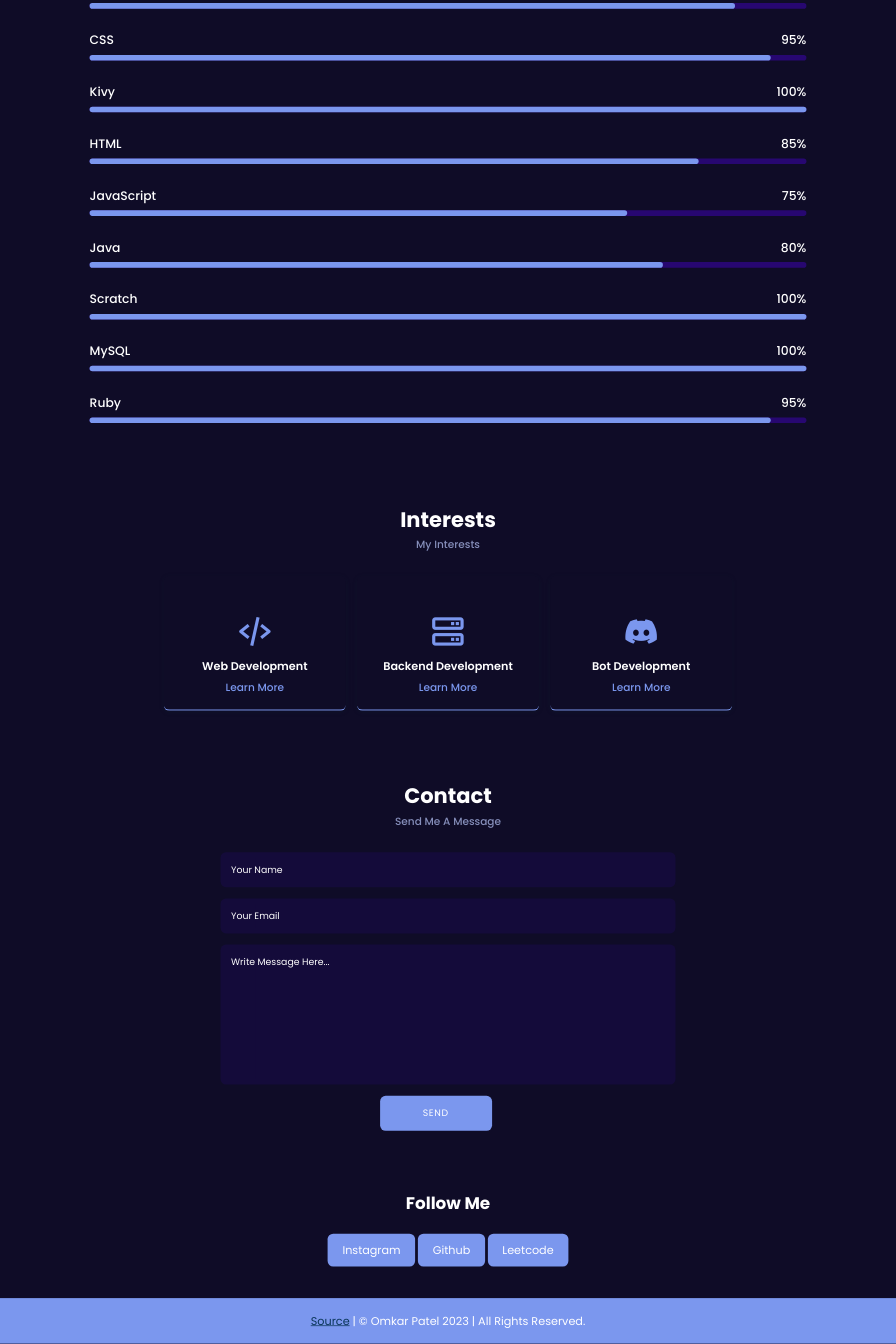
Repository: omkarxpatel/Omkar-Portfolio
Page: src/index.html
The author's editor kept a copy of each file at every save. The page is drawn from the files as they stood at one save, then again after the next save.
The browser window is 1280 px wide. The pictures show the part of the page from y = 1498 to 3418 px (the page is 3418 px tall before and 3344 px after), at 70% of full size.
A picture or video elsewhere on the page could not be fetched, so the positions and the page height are approximate.

Above is the page before, as saved 2023-03-25 16:37:19.

After the next save:
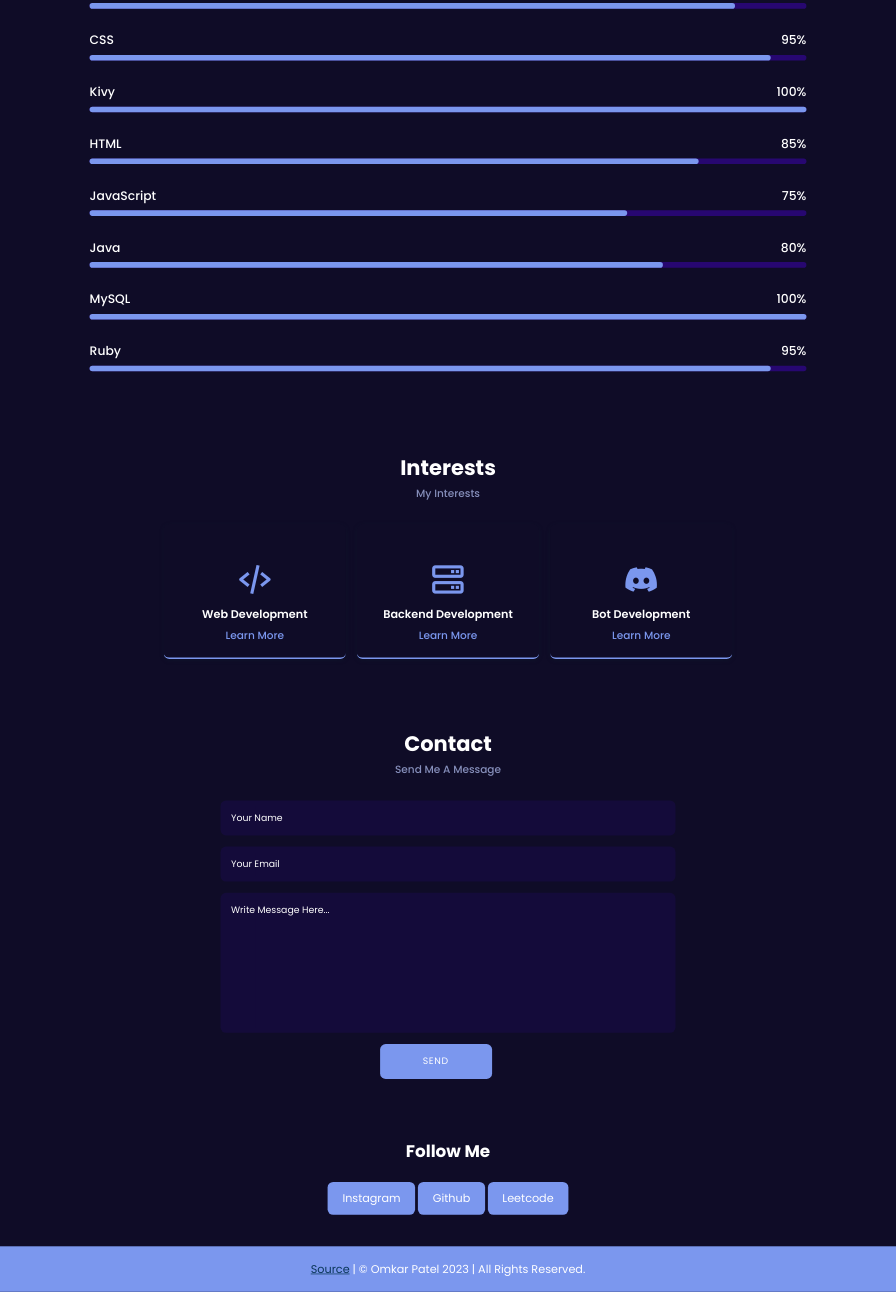
Saved 14 s later.
--- a/src/index.html
+++ b/src/index.html
@@ -137,12 +137,12 @@
                 <div class="percent-bar java-bar"></div>
             </div>
 
-            <div class="bars-box">
+            <!-- <div class="bars-box">
                 <h3>Scratch</h3>
                 <span>100%</span>
                 <div class="light-bar"></div>
                 <div class="percent-bar scratch-bar"></div>
-            </div>
+            </div> -->
 
             <div class="bars-box">
                 <h3>MySQL</h3>
